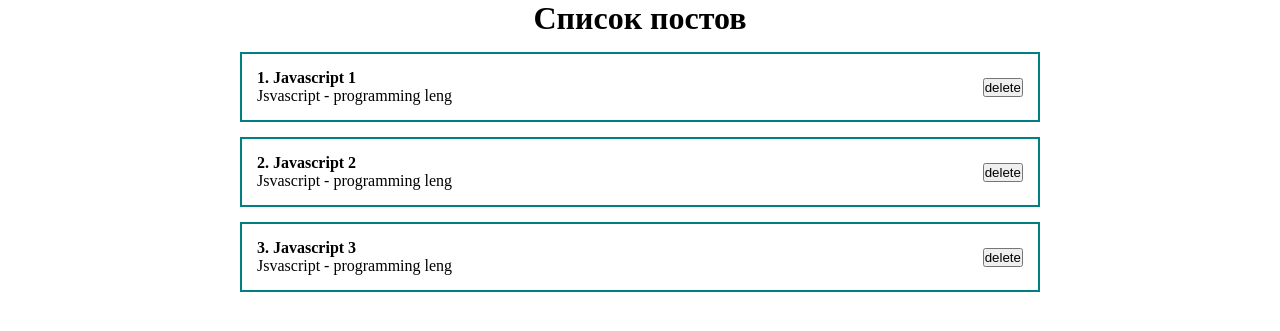
Repository: tsydikov/reactTodo
Page: /
These files come from the project's save history. The page is drawn as it stood at one moment and after the next save; the edit follows.
The browser window is 1280 px wide. The pictures show the whole page.
The project was rebuilt for these pictures with package versions that can differ from the ones it lists, and the page was loaded fresh each time.

Above is the page before, as saved 2021-08-29 12:24:54.

### public/index.html
<!DOCTYPE html>
<html lang="en">
  <head>
    <meta name="viewport" content="width=device-width, initial-scale=1" />
    <title>React App</title>
  </head>
  <body>
    <noscript>You need to enable JavaScript to run this app.</noscript>
    <div id="root"></div>
  </body>
</html>

### src/App.js
import React, { useState } from 'react'
import PostItem from './components/PostItem'
import PostList from './components/PostList'
import './styles/App.css'

function App() {
  const [posts, setPosts] = useState([
    {id:1, title:'Javascript 1', body:'Jsvascript - programming leng'},
    {id:2, title:'Javascript 2', body:'Jsvascript - programming leng'},
    {id:3, title:'Javascript 3', body:'Jsvascript - programming leng'}
  ])
  return (
    <div className="App">
      <PostList posts={posts} />
    </div>
  );
}

export default App;

### src/components/PostItem.jsx
import React from "react";

const PostItem = (props) => {
    return (
        <div className="post">
            <div className="post__content">
                <strong>{props.post.id}. {props.post.title}</strong>
                <div>
                    {props.post.body}
                </div>
            </div>
            <div className="post__btn">
                <button outlined >delete</button>
            </div>
      </div>
    )
}

export default PostItem;

### src/components/PostList.jsx
import React from "react";
import PostItem from './PostItem'
const PostList= ({posts}) => {
    return (
        <div>
            <h1 style={{textAlign:'center'}}>
                Список постов
            </h1>
            {posts.map(post =>
                <PostItem post={post} key={post.id} />
            )}
      </div>
    )
}

export default PostList;

Loaded but not shown: src/index.js (common file); src/styles/App.css (common file)

After the next save:
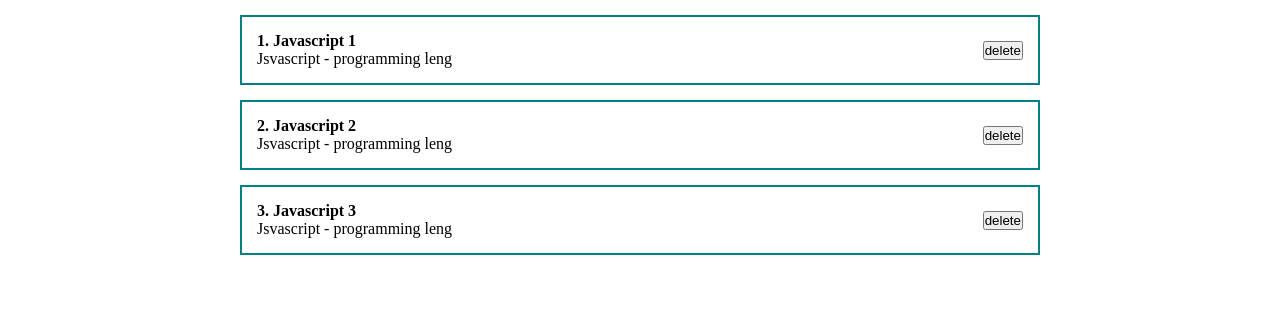
Saved 47 s later.
--- a/src/components/PostList.jsx
+++ b/src/components/PostList.jsx
@@ -1,10 +1,10 @@
 import React from "react";
 import PostItem from './PostItem'
-const PostList= ({posts}) => {
+const PostList= ({posts, title}) => {
     return (
         <div>
             <h1 style={{textAlign:'center'}}>
-                Список постов
+                {title}
             </h1>
             {posts.map(post =>
                 <PostItem post={post} key={post.id} />

After the save that followed:
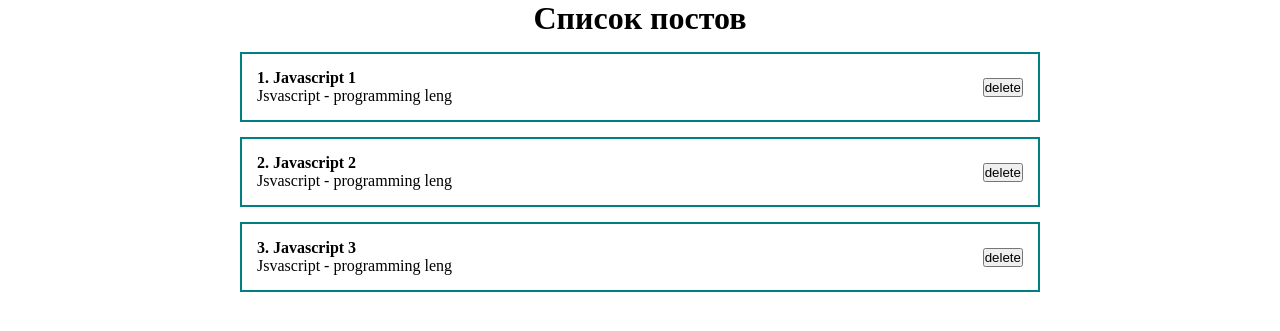
Saved 41 s later.
--- a/src/App.js
+++ b/src/App.js
@@ -1,5 +1,5 @@
 import React, { useState } from 'react'
-import PostItem from './components/PostItem'
+
 import PostList from './components/PostList'
 import './styles/App.css'
 
@@ -11,7 +11,7 @@ function App() {
   ])
   return (
     <div className="App">
-      <PostList posts={posts} />
+      <PostList posts={posts} title="Список постов" />
     </div>
   );
 }
